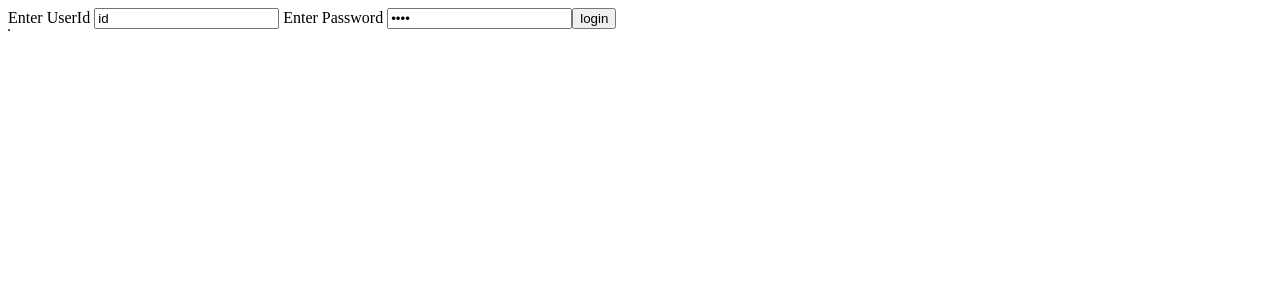
Repository: SravanthiSanaka/programs
Page: Training1/WebContent/Login.html
The author's editor kept a copy of each file at every save. The page is drawn from the files as they stood at one save, then again after the next save.
The browser window is 1280 px wide. The pictures show the whole page.

Above is the page before, as saved 2020-03-03 06:03:54.

### Training1/WebContent/Login.html

<!DOCTYPE html>
<html>
<head>
<meta charset="ISO-8859-1">
<title>Insert title here</title>
</head>
<body>

<form action="http://localhost:8082/Training/LoginValidate.jsp">
<table border="1">
<tr> Enter UserId <input type="text" value="id" /> </tr>
<tr> Enter Password <input type="password" value="pass" /> </tr>
<tr> <input type="submit" value="login" /> </tr>
</table>
</form>

</body>
</html>

After the next save:
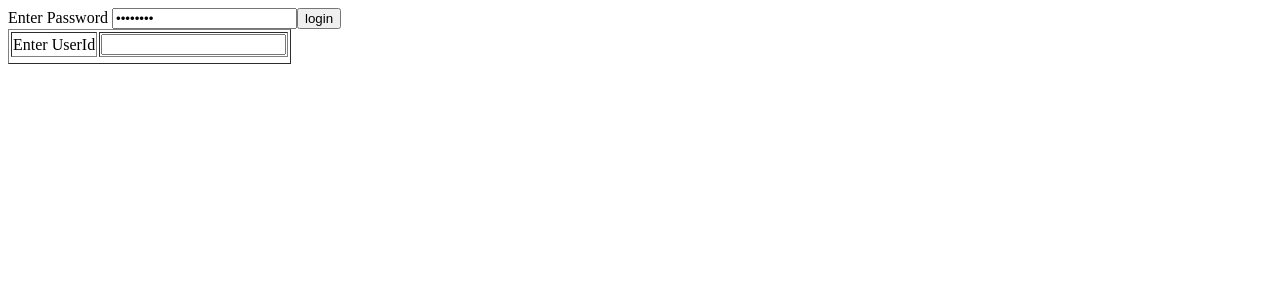
Saved 74 s later.
--- a/Training1/WebContent/Login.html
+++ b/Training1/WebContent/Login.html
@@ -9,8 +9,8 @@
 
 <form action="http://localhost:8082/Training/LoginValidate.jsp">
 <table border="1">
-<tr> Enter UserId <input type="text" value="id" /> </tr>
-<tr> Enter Password <input type="password" value="pass" /> </tr>
+<tr><td>Enter UserId</td><td> <input type="text" name="username"/></td> </tr>
+<tr> Enter Password <input type="password" value="password" /> </tr>
 <tr> <input type="submit" value="login" /> </tr>
 </table>
 </form>
